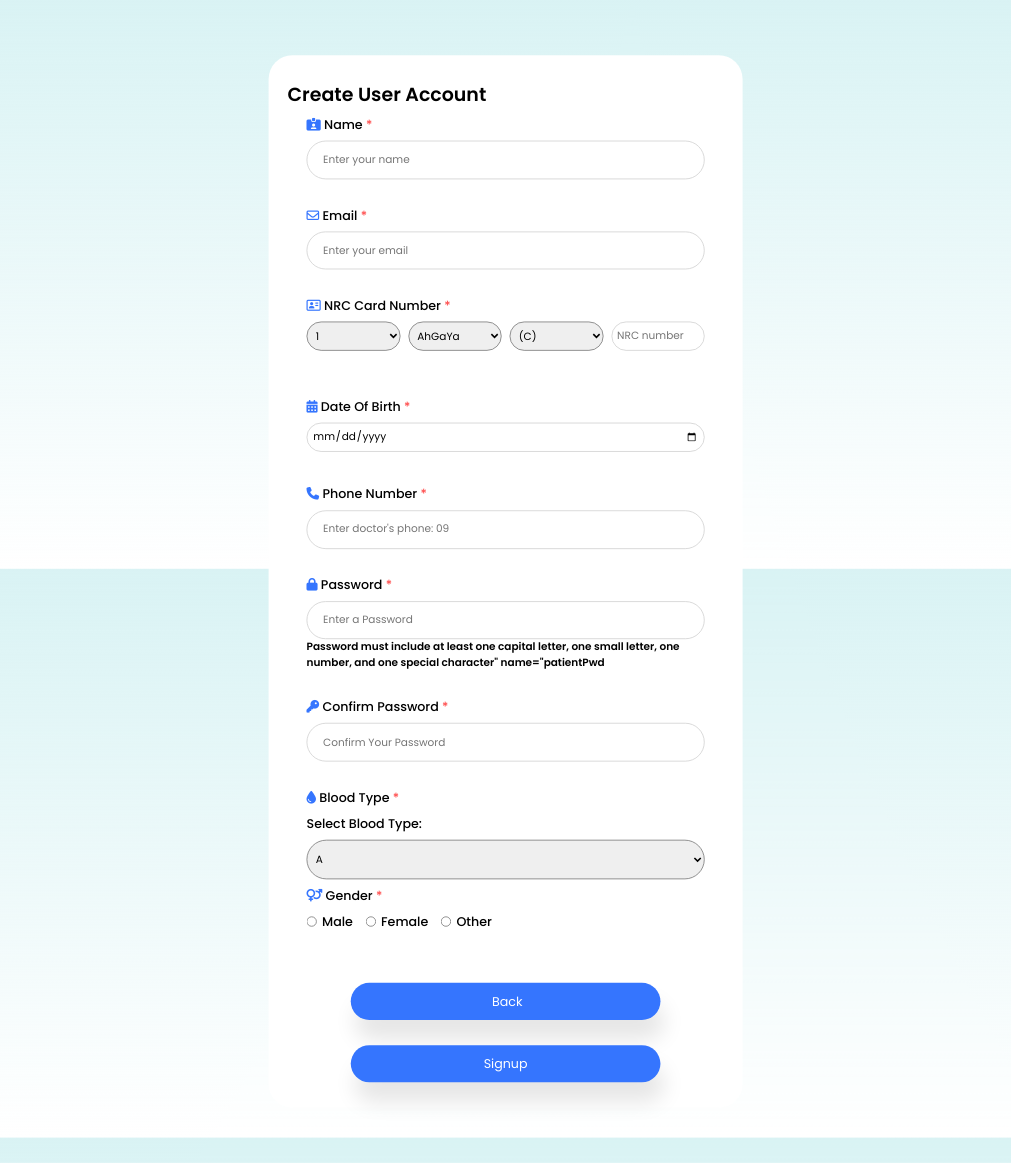
Repository: theonlymono/FitfinityHealthcareWebsiteJ2EE
Page: http://localhost/Fitfinity/register.jsp
The author's editor kept a copy of each file at every save. The page is drawn from the files as they stood at one save, then again after the next save.
The browser window is 1280 px wide. The pictures show the whole page, at 79% of full size.
Backgrounds fixed to the window are drawn as part of the page. The page is served by Tomcat 9.

Above is the page before, as saved 2024-02-26 07:18:54.

After the next save:
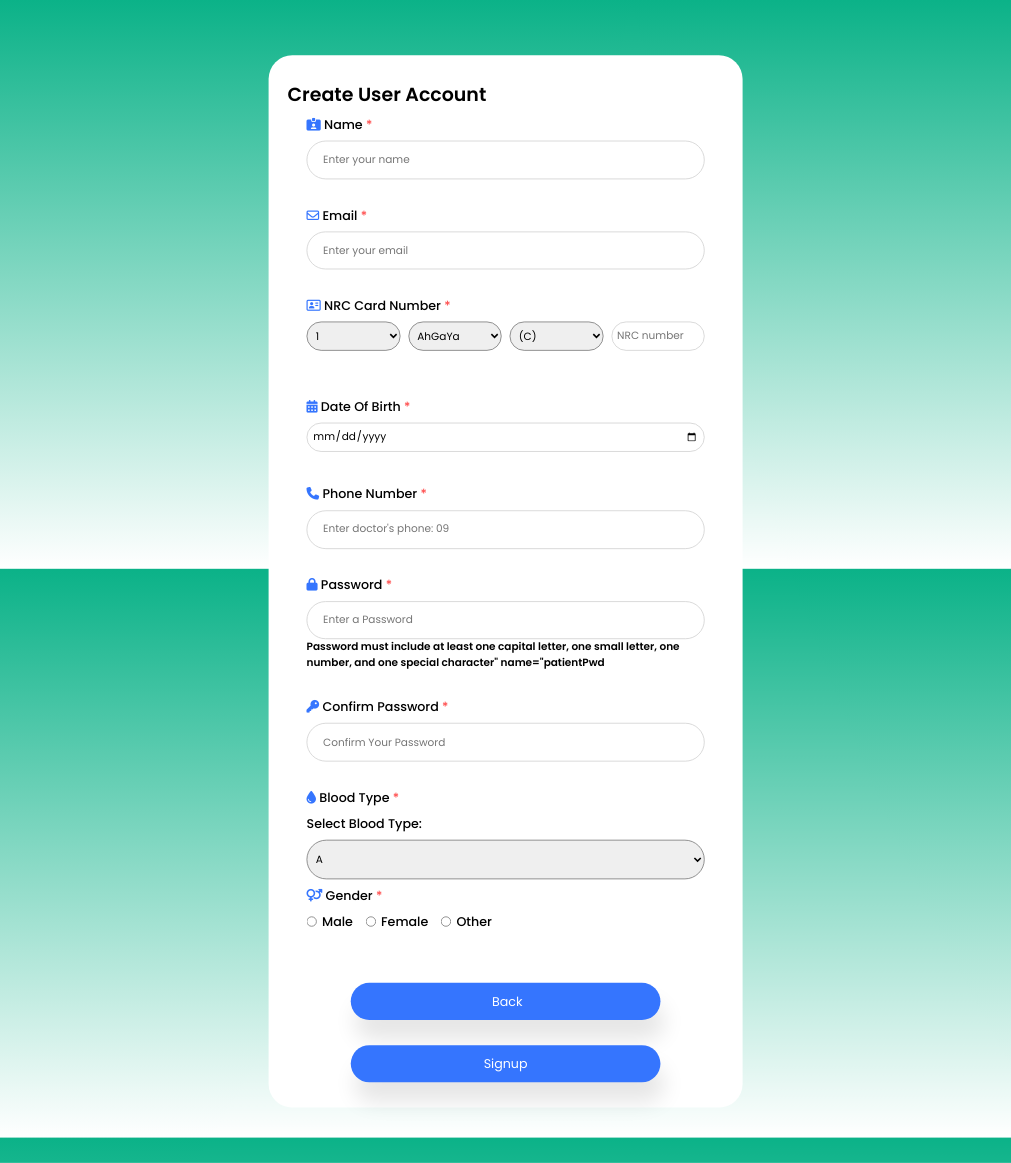
Saved 7 s later.
--- a/fitfinity/Fitfinity/WebContent/register.jsp
+++ b/fitfinity/Fitfinity/WebContent/register.jsp
@@ -20,7 +20,7 @@
 
 body {
 	background: rgb(53,117,254);
-	background: linear-gradient(180deg, #0bb288 0%, rgba(0, 173, 181, 0.15) 0%, white 100%);    background-size: cover;
+	background: linear-gradient(180deg, #0bb288 0%, #0bb288 0%, white 100%);    background-size: cover;
     background-position: center;
     background-attachment: fixed;
     background-repeat: no-repeat;
